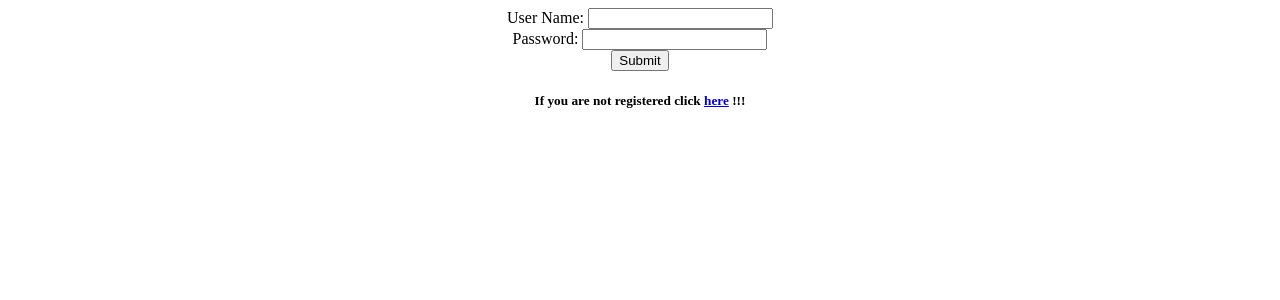
Repository: HariharanMiracle/CodeComplexity
Page: http://localhost/Paf_assignment/login.jsp
An editor plug-in stored every save of this project. The page is shown before and after the next save, followed by the edit.
The browser window is 1280 px wide. The pictures show the whole page.
The page is served by Tomcat 9.

Above is the page before, as saved 2019-04-30 01:35:50.

After the next save:
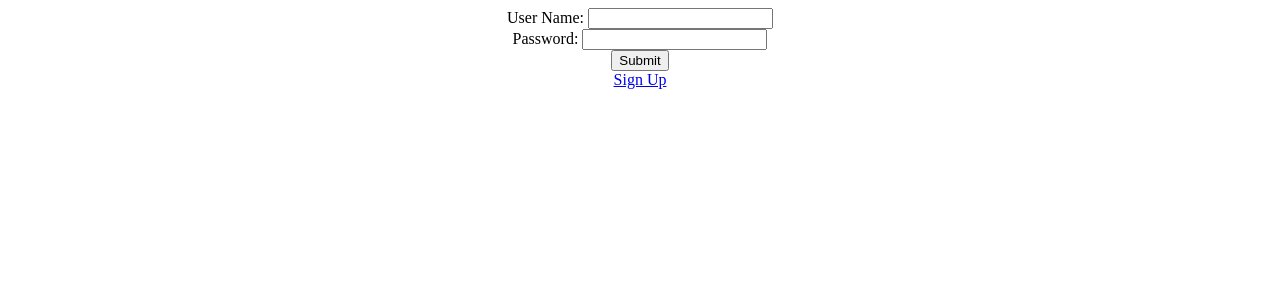
Saved 3 min 14 s later.
--- a/Paf_assignment/WebContent/login.jsp
+++ b/Paf_assignment/WebContent/login.jsp
@@ -29,7 +29,7 @@
 						<label>Password: </label>
 						<input type = "password" name = "password"/><br/>
 						<input type = "submit" value = "Submit"/><br/>
-						<h5>If you are not registered click <a href = "Register.jsp">here</a> !!!</h5>
+						<a href = "Register.jsp">Sign Up</a>
 					</form>
 					</div>
 
